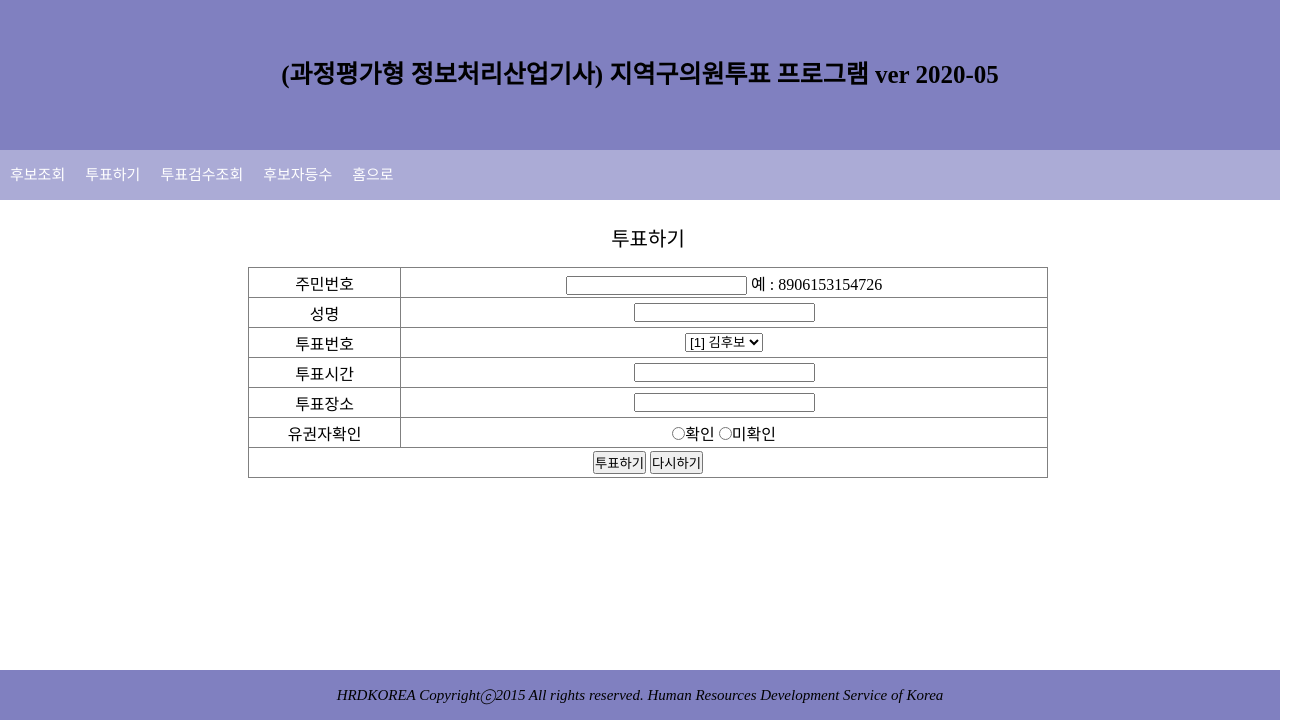
Repository: eunbiro/HRD_1236
Page: http://localhost/HRD_1235/add.jsp
The author's editor kept a copy of each file at every save. The page is drawn from the files as they stood at one save, then again after the next save.
The browser window is 1280 px wide. The page is 1296 px wide, so the pictures cover 1296 px, including what lies to the right of the window. The pictures show the whole page.
The page is served by Tomcat 9. Other server files are loaded and not shown.

Above is the page before, as saved 2022-12-22 01:46:26.

### HRD_1235/src/main/webapp/add.jsp
<%@ page language="java" contentType="text/html; charset=UTF-8"
    pageEncoding="UTF-8"%>
<!DOCTYPE html>
<html>
<head>
<meta charset="UTF-8">
<title>투표하기</title>
<link rel="stylesheet" href="style.css">
</head>
<body>
	<%@ include file="header.jsp" %>
	<section>
		<div class="title">투표하기</div>
		<div class="wrapper">
			<table>
				<tr>
					<td>주민번호</td>
					<td class="input">
						<input />
						예 : 8906153154726
					</td>
				</tr>
				<tr>
					<td>성명</td>
					<td class="input"><input /></td>
				</tr>
				<tr>
					<td>투표번호</td>
					<td class="input">
						<select>
							<option>[1] 김후보</option>
							<option>[2] 이후보</option>
							<option>[3] 박후보</option>
							<option>[4] 조후보</option>
							<option>[5] 최후보</option>
						</select>
					</td>
				</tr>
				<tr>
					<td>투표시간</td>
					<td class="input"><input /></td>
				</tr>
				<tr>
					<td>투표장소</td>
					<td class="input"><input /></td>
				</tr>
				<tr>
					<td>유권자확인</td>
					<td class="input">
						<input type="radio" />확인
						<input type="radio" />미확인
					</td>
				</tr>
				<tr>
					<td colspan="2">
						<button>투표하기</button>
						<button>다시하기</button>
					</td>
				</tr>

			</table>
		</div>
	</section>
	<%@ include file="footer.jsp" %>
</body>
</html>

### HRD_1235/src/main/webapp/header.jsp
<%@ page language="java" contentType="text/html; charset=UTF-8"
    pageEncoding="UTF-8"%>
<!DOCTYPE html>
<html>
<head>
<meta charset="UTF-8">
<title>Insert title here</title>
</head>
<body>
	<header>(과정평가형 정보처리산업기사) 지역구의원투표 프로그램 ver 2020-05</header>
	<nav>
		<ul class="menu">
			<li><a href="list">후보조회</a></li>
			<li><a href="insert">투표하기</a></li>
			<li><a href="result">투표검수조회</a></li>
			<li><a href="rank">후보자등수</a></li>
			<li><a href="home">홈으로</a></li>
		</ul>
	</nav>
</body>
</html>

### HRD_1235/src/main/webapp/footer.jsp
<%@ page language="java" contentType="text/html; charset=UTF-8"
    pageEncoding="UTF-8"%>
<!DOCTYPE html>
<html>
<head>
<meta charset="UTF-8">
<title>Insert title here</title>
</head>
<body>
	<footer>HRDKOREA Copyrightⓒ2015 All rights reserved. Human Resources Development Service of Korea</footer>
</body>
</html>

### HRD_1235/src/main/webapp/style.css
@charset "UTF-8";

* {
	margin: 0;
	padding: 0;
}

a {
	text-decoration: none;
	color: #fff;
}

header {
	width: 100%;
	height: 150px;
	line-height: 150px;
	background: #8080c0;
	font-size: 25px;
	text-align: center;
	font-weight: 900;
}

.menu {
	display: flex;
	list-style: none;
	width: 100%;
	background: #ababd6;
}

.menu li {
	margin: 5px;
	padding: 5px;
	height: 30px;
	line-height: 30px;
	font-size: 15px;
}

section {
	width: 100%;
	height: 100%;
	padding: 8px;
}

.title {
	width: 100%;
	margin: 15px 0;
	font-size: 20px;
	text-align: center;
}

.wrapper {
	display: flex;
	justify-content: center;
	align-items: center;
	text-align: center;
}

table {
	width: 800px;
}

table, tr, td, th {
	border: 1px solid gray;
	border-collapse: collapse;
}

table tr {
	height: 30px;
}

.ipt {
	float: left;
	padding: 15px;
	border: 1px solid #ccc;
}

footer {
	position: fixed;
	width: 100%;
	height: 50px;
	line-height: 50px;
	bottom: 0;
	background: #8080c0;
	font-size: 15px;
	font-style: italic;
	text-align: center;
}

After the next save:
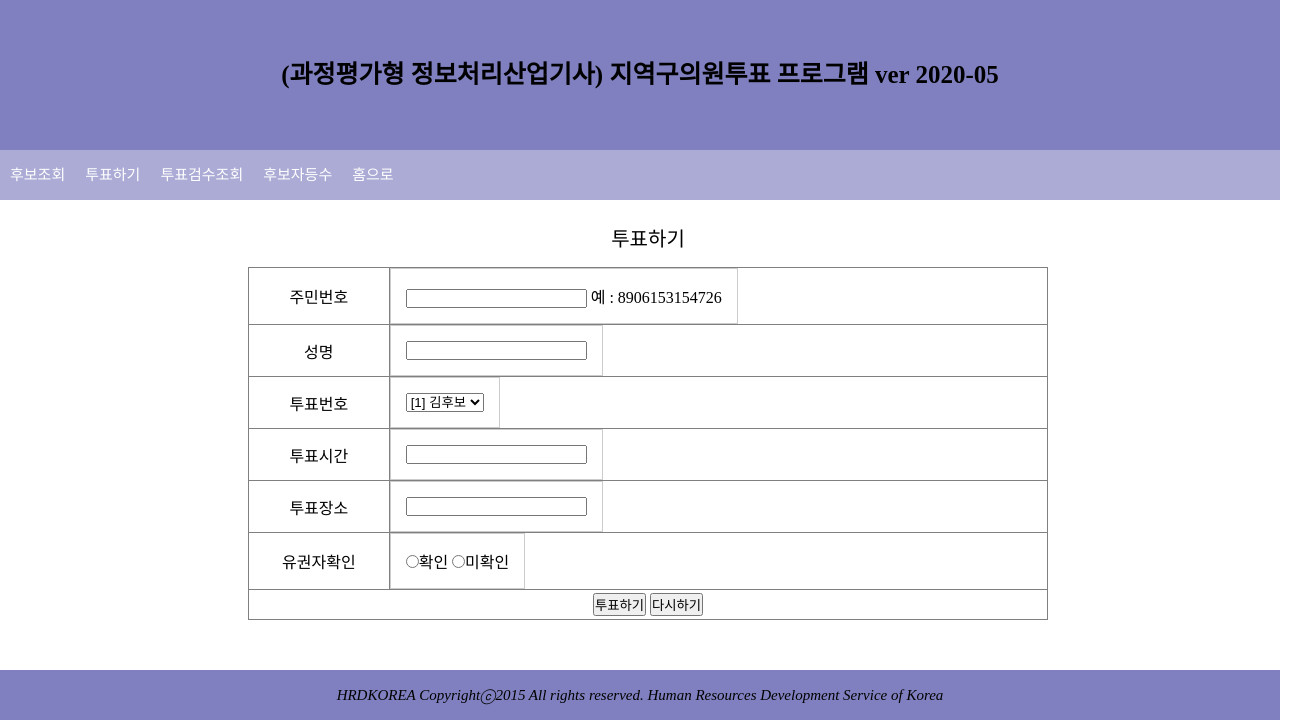
Saved 11 s later.
--- a/HRD_1235/src/main/webapp/style.css
+++ b/HRD_1235/src/main/webapp/style.css
@@ -68,7 +68,7 @@ table tr {
 	height: 30px;
 }
 
-.ipt {
+.input {
 	float: left;
 	padding: 15px;
 	border: 1px solid #ccc;
